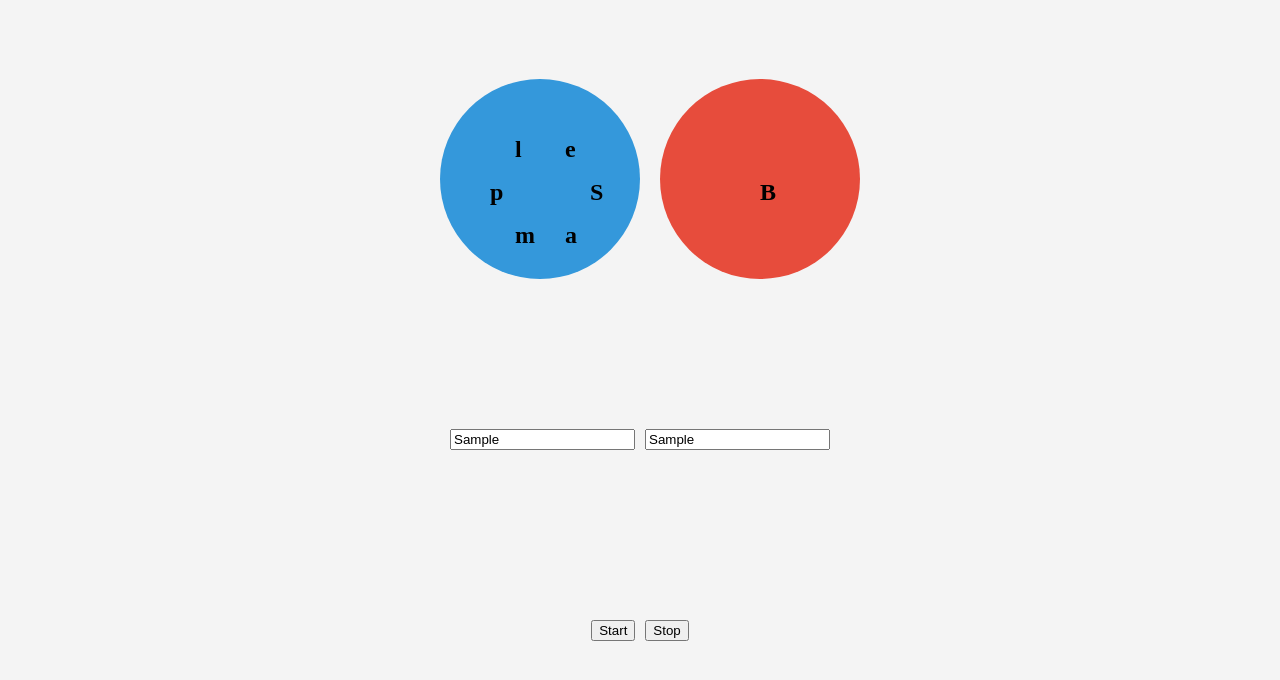
Repository: boshi-an/Isorhythm
Page: .vscode/Isorhythm/index.html
The author's editor kept a copy of each file at every save. The page is drawn from the files as they stood at one save, then again after the next save.
The browser window is 1280 px wide. The pictures show the whole page.
Empty fields were first filled with sample values (such as "Sample", 5 or name@example.com).
After loading, the first visible `#input1` was changed once.

Above is the page before, as saved 2023-10-18 18:01:01.

### .vscode/Isorhythm/index.html
<!DOCTYPE html>
<html lang="en">

<head>
    <meta charset="UTF-8">
    <meta name="viewport" content="width=device-width, initial-scale=1.0">
    <title>Rotating Circles</title>
    <link rel="stylesheet" href="styles.css">
</head>

<body>
    <div class="circleContainer">
        <div class="circle" id="circle1">
            <div class="letter">A</div>
        </div>
        <div class="circle" id="circle2">
            <div class="letter">B</div>
        </div>
    </div>
    <div class="inputContainer">
        <input type="text" id="input1" placeholder="Enter letters for Circle 1">
        <input type="text" id="input2" placeholder="Enter letters for Circle 2">
    </div>
    <div class="uiContainer">
        <button id="startBtn">Start</button>
        <button id="stopBtn">Stop</button>
    </div>
    <script src="script.js"></script>
</body>

</html>

### .vscode/Isorhythm/styles.css
body {
    display: flex;
    flex-direction: column;
    /* Stack child elements vertically */
    justify-content: center;
    /* Center the content vertically */
    align-items: center;
    /* Center the content horizontally */
    height: 100vh;
    background-color: #f4f4f4;
    overflow: hidden;
    margin: 0;
    gap: 150px;
    /* Space between the circle container and the button container */
}

.circleContainer {
    display: flex;
    align-items: center;
    width: 420px;
    /* Adjust based on your circle sizes */
}

.inputContainer {
    display: flex;
    gap: 10px;
    margin-bottom: 20px;
}

.circle {
    width: 200px;
    height: 200px;
    border-radius: 50%;
    position: relative;
    display: flex;
    flex-shrink: 0;
    align-items: center;
    justify-content: center;
    margin: 0 10px;
}

.uiContainer {
    display: flex;
    gap: 10px;
}

.triangle {
    width: 0;
    height: 0;
    border-left: 50px solid transparent;
    border-right: 50px solid transparent;
    border-bottom: 87px solid #3498db;
    will-change: transform;
    transform-origin: 50% 50%;
}

.letter {
    position: absolute;
    font-size: 1.5em;
    font-weight: bold;
    top: 50%;
    left: 50%;
    transform-origin: 50% 50%;
}

#triangle1 {
    border-bottom: 87px solid #3498db;
    /* background-color: #3498db; */
}

#triangle2 {
    border-bottom: 87px solid #e74c3c;
    /* background-color: #e74c3c; */
}

#circle1 {
    background-color: #3498db;
}

#circle2 {
    background-color: #e74c3c;
}

### .vscode/Isorhythm/script.js
let angle1 = 0;
let angle2 = 0;
let size1 = 100;
let size2 = 100;
let animationId1;
let animationId2;

function rotateCircle1() {
    const circle1 = document.getElementById('circle1');
    angle1 = (angle1 + 2) % 360;
    circle1.style.transform = `rotate(${angle1}deg)`;
    animationId1 = requestAnimationFrame(rotateCircle1);
}

function rotateCircle2() {
    const circle2 = document.getElementById('circle2');
    angle2 = (angle2 - 2) % 360;
    circle2.style.transform = `rotate(${angle2}deg)`;
    animationId2 = requestAnimationFrame(rotateCircle2);
}

document.getElementById('startBtn').addEventListener('click', () => {
    cancelAnimationFrame(animationId1);
    cancelAnimationFrame(animationId2);
    rotateCircle1();
    rotateCircle2();
});

document.getElementById('stopBtn').addEventListener('click', () => {
    cancelAnimationFrame(animationId1);
    cancelAnimationFrame(animationId2);
});

function updateLetters(circleId, inputId) {
    const circle = document.getElementById(circleId);
    const inputText = document.getElementById(inputId).value;

    // Remove any existing letters
    circle.innerHTML = "";

    // Add new letters
    for (let i = 0; i < inputText.length; i++) {
        const angle = (i / inputText.length) * 360;
        const letterElem = document.createElement('div');
        letterElem.className = 'letter';
        letterElem.style.transform = `rotate(${angle}deg) translate(50px) rotate(-${angle}deg)`;
        letterElem.innerText = inputText[i];
        circle.appendChild(letterElem);
    }
}

document.getElementById('input1').addEventListener('input', () => updateLetters('circle1', 'input1'));
document.getElementById('input2').addEventListener('input', () => updateLetters('circle2', 'input2'));

After the next save:
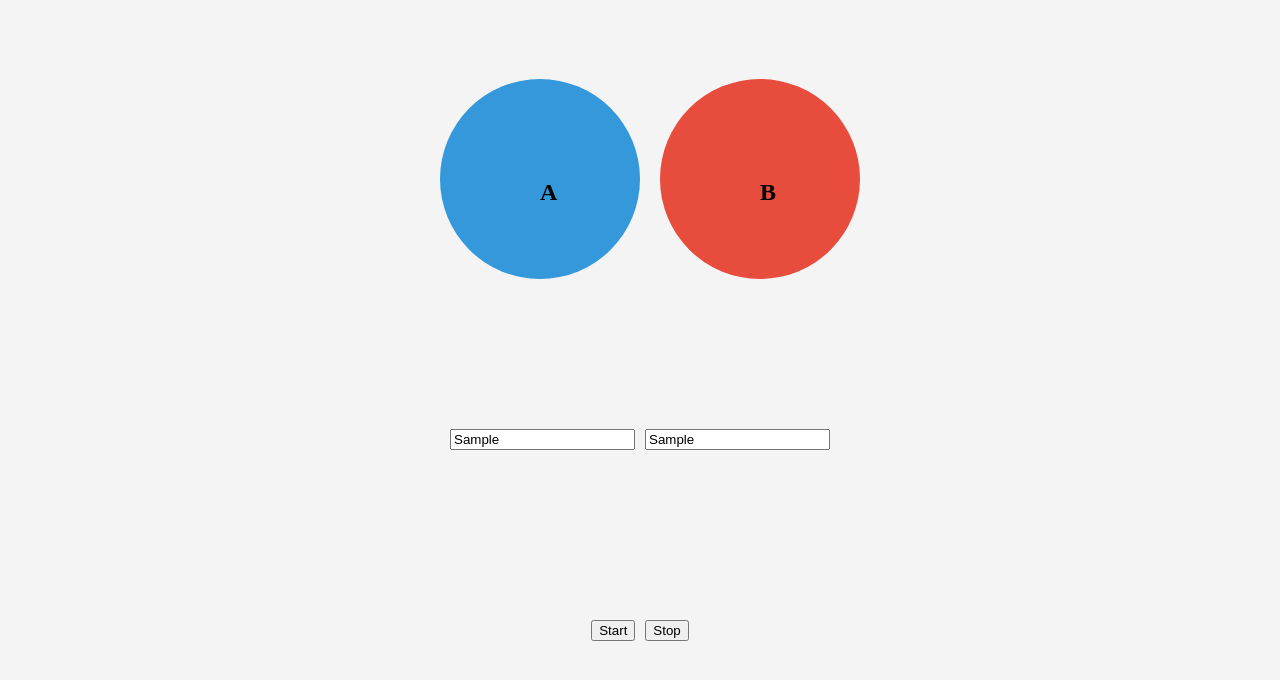
Console error: TypeError: Cannot set properties of undefined (setting 'innerHTML')
Saved 75 s later.
--- a/.vscode/Isorhythm/script.js
+++ b/.vscode/Isorhythm/script.js
@@ -1,7 +1,5 @@
 let angle1 = 0;
 let angle2 = 0;
-let size1 = 100;
-let size2 = 100;
 let animationId1;
 let animationId2;
 
@@ -35,6 +33,9 @@
     const circle = document.getElementById(circleId);
     const inputText = document.getElementById(inputId).value;
 
+    circle_r = Math.max(150, inputText.length * 15)
+    circle.
+
     // Remove any existing letters
     circle.innerHTML = "";
 
@@ -43,7 +44,7 @@
         const angle = (i / inputText.length) * 360;
         const letterElem = document.createElement('div');
         letterElem.className = 'letter';
-        letterElem.style.transform = `rotate(${angle}deg) translate(50px) rotate(-${angle}deg)`;
+        letterElem.style.transform = `rotate(${angle}deg) translate(${circle_r}px) rotate(-${angle}deg)`;
         letterElem.innerText = inputText[i];
         circle.appendChild(letterElem);
     }

After the 2 saves that followed:
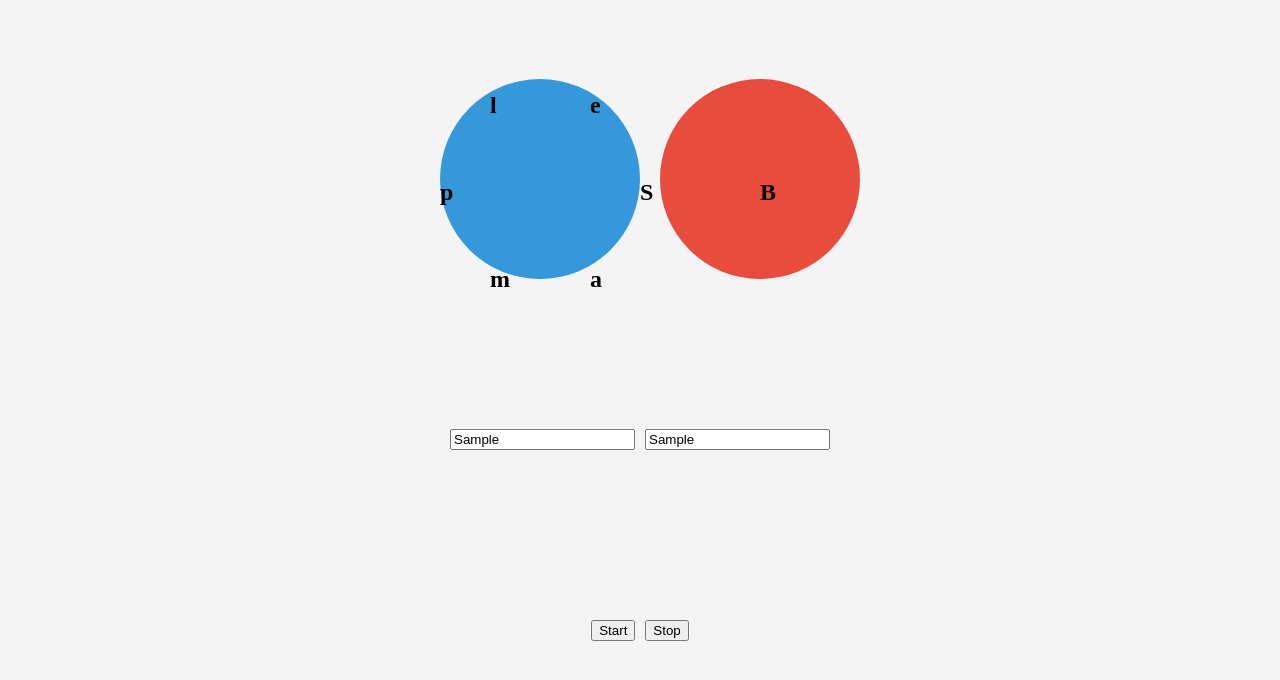
The error is gone.
The 2 saves are shown as one change because 1 left the picture as it was.
The last was saved 4 min 23 s later.
--- a/.vscode/Isorhythm/script.js
+++ b/.vscode/Isorhythm/script.js
@@ -33,8 +33,9 @@
     const circle = document.getElementById(circleId);
     const inputText = document.getElementById(inputId).value;
 
-    circle_r = Math.max(150, inputText.length * 15)
-    circle.
+    let circleR = Math.max(100, inputText.length * 10)
+    circle.setAttribute('width', circleR);
+    circle.setAttribute('height', circleR);
 
     // Remove any existing letters
     circle.innerHTML = "";
@@ -44,7 +45,7 @@
         const angle = (i / inputText.length) * 360;
         const letterElem = document.createElement('div');
         letterElem.className = 'letter';
-        letterElem.style.transform = `rotate(${angle}deg) translate(${circle_r}px) rotate(-${angle}deg)`;
+        letterElem.style.transform = `rotate(${angle}deg) translate(${circleR}px) rotate(-${angle}deg)`;
         letterElem.innerText = inputText[i];
         circle.appendChild(letterElem);
     }
